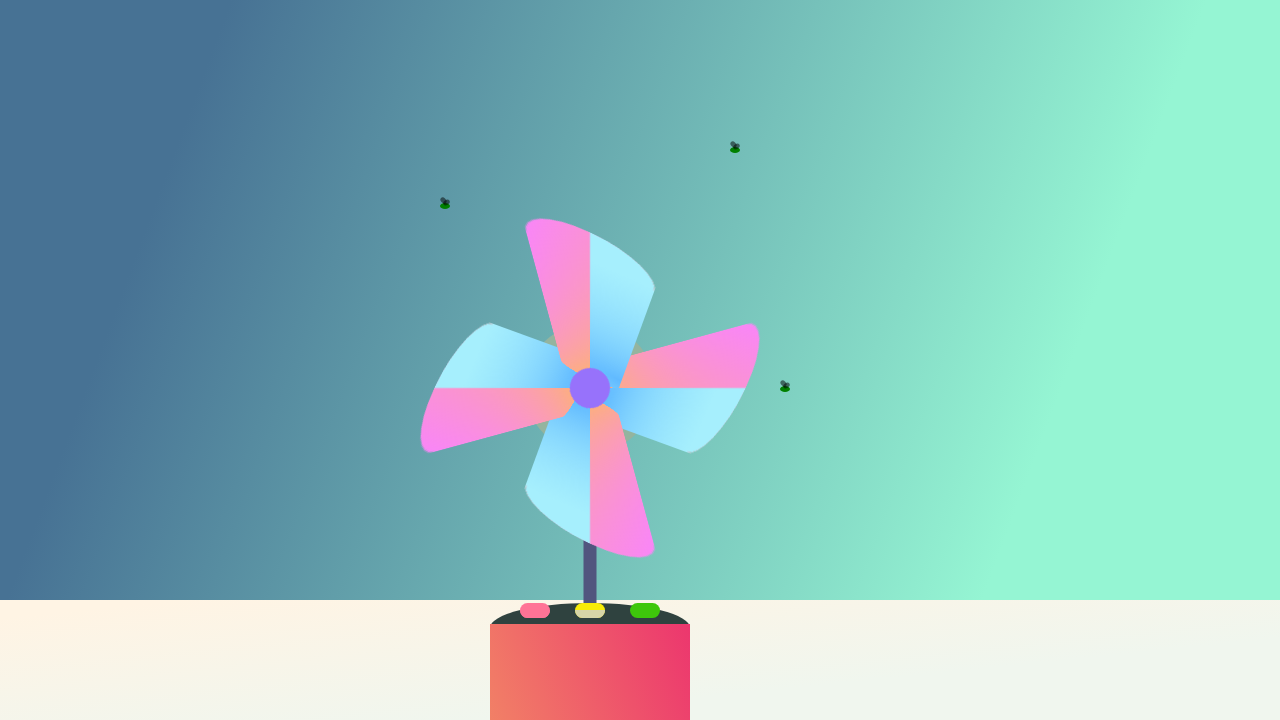
Repository: VuTuanAnh0949/CodeFan
Page: dsd.html
These files come from the project's save history. The page is drawn as it stood at one moment and after a run of saves; the edit follows.
The browser window is 1280 px wide. The pictures show the whole page.

Above is the page before, as saved 2022-06-22 12:49:51.

### dsd.html
<!DOCTYPE html>
<html lang="en">
<head>
    <meta charset="UTF-8">
    <meta http-equiv="X-UA-Compatible" content="IE=edge">
    <meta name="viewport" content="width=device-width, initial-scale=1.0">
    <title>Document</title>
    <link rel="stylesheet" href="style.css">
</head>
<body>
    <audio  autoplay>
        <source src="ChillTikTok.mp3" type="audio/mpeg">
      </audio>
    <div class="windows">
        <div class="window"></div>

    </div>
    <div class="fan">
        <div class="fan__root"> <span class="top"> <label class="green" for="engine"></label> <label class="yellow"
                    for="engine2"></label> <label class="pink" for="jack"></label> </span> <span class="bottom"></span>
        </div>
        <div class="fan__staddle"></div> <input type="checkbox" id="jack" hidden />
        <div class="head">
            <div class="fan__engine"> <span class="center"></span> </div> <input type="checkbox" id="engine" hidden
                checked />
            <div> <span class="fly"></span> <span class="fly"></span> <span class="fly"></span>
                <div class="fan__blades"> <input type="checkbox" id="engine2" hidden checked />
                    <div class="fan__blades">
                        <div class="center"></div>
                        <div class="blade"><span></span></div>
                        <div class="blade"><span></span></div>
                        <div class="blade"><span></span></div>
                        <div class="blade"><span></span></div>
                    </div>
                </div>
            </div>
        </div>
    </div>

</body>
</html>

### style.css
html {
    overflow: hidden;
}

body {
    overflow: hidden;
    margin: 0;
    padding: 0;
    background-image: linear-gradient( 110.5deg,  rgba(71,114,148,1) 14.9%, rgba(149,245,211,1) 77.9% );
    display: flex;
    justify-content: center;
    align-items: center;
    width: 100vw;
    height: 100vh;
    position: relative;
}
audio{
    z-index: 10;
   padding-right:100px;
    margin-right: 40px;
}
body::after {
    position: absolute;
    width: 100%;
    content: "";
    height: calc(100% - 600px);
    z-index: 0;
    background-image: linear-gradient( 174.2deg,  rgba(255,244,228,1) 7.1%, rgba(240,246,238,1) 67.4% );
    bottom: 0;
}
@keyframes spin {
    from {
        transform: rotate(0deg);
    }

    to {
        transform: rotate(360deg);
    }
}

@keyframes off {
    to {
        transform: rotate(380deg);
    }
}

@keyframes off2 {
    to {
        transform: rotate(880deg);
    }
}

@keyframes fly {
    to {
        margin-top: 50px;
    }
}

span {
    display: block;
}

.windows {
    width: 100vw;
    height: 100vh;
    position: absolute;
    z-index: 0;
    top: 0;
    left: 0;
    display: flex;
    align-content: flex-start;
}


.fly {
    transition: 0.5s all cubic-bezier(0.04, 0.06, 0, 1.18), 1s transform;
    width: 10px;
    height: 6px;
    background: green;
    border-radius: 50%;
    position: absolute;
    animation: fly 5s alternate infinite ease-in-out;
}

.fly:nth-of-type(1) {
    top: -78px;
    left: -200px;
}

.fly:nth-of-type(2) {
    transform: translateY(-10px);
    animation-delay: 4s;
    top: 5px;
    right: -250px;
}

.fly:nth-of-type(3) {
    transform: translateY(0px);
    top: 400px;
    animation-delay: 2s;
    right: -400px;
}

.fly::after,
.fly::before {
    content: "";
    position: absolute;
    width: 7px;
    height: 5px;
    background-color: rgba(0, 0, 0, 0.5);
    display: block;
    border-radius: 50%;
}

.fly::before {
    bottom: 4px;
    transform: rotate(325deg);
    left: 3px;
}

.fly::after {
    transform: rotate(45deg);
    bottom: 6px;
}

.fan {
    width: 500px;
    height: 500px;
    position: relative;
    z-index: 1;
    margin-top: 75px;
    perspective: 500px;
    margin-right: 100px;
}

.fan::after {
    content: "";
    display: block;
    position: absolute;
    height: 500px;
    width: 200px;
    background-image: linear-gradient( 68.3deg,  rgba(245,177,97,1) 0.4%, rgba(236,54,110,1) 100.2% );
    top: calc(100% - 24px);
    left: calc(50% - 100px);

}

.fan__root {
    width: 200px;
    position: absolute;
    bottom: 0;
    left: 50%;
    transform: translateX(-50%);
}

.fan__root .top {
    overflow: hidden;
    width: 200px;
    height: 25px;
    position: relative;
}

.fan__root .top::after {
    content: "";
    display: block;
    width: 200px;
    height: 50px;
    background: #2f423f;
    border-radius: 50%;
}

.fan__root .top .green {
    position: absolute;
    width: 30px;
    height: 15px;
    border-radius: 15px;
    display: block;
    right: 30px;
    background: #3EC70B;
    cursor: pointer;
    overflow: hidden;
}

.fan__root .top .yellow {
    position: absolute;
    width: 30px;
    height: 15px;
    border-radius: 15px;
    display: block;
    right: 85px;
    background: #F7EC09;
    cursor: pointer;
    overflow: hidden;
}

.fan__root .top .yellow::after {
    content: "";
    display: block;
    width: 100%;
    height: 50%;
    position: absolute;
    bottom: 0;
    background: #F7EC09;
}

.fan__root .top .yellow::after {
    content: "";
    display: block;
    width: 100%;
    height: 50%;
    position: #F7EC09;
    bottom: 0;
    background: #D6D5A8;
}

.fan__root .top .pink {
    position: absolute;
    cursor: pointer;
    width: 30px;
    height: 15px;
    border-radius: 15px;
    display: block;
    left: 30px;
    background: #FF7396;
    overflow: hidden;
}

.fan__root .top .pink::after {
    content: "";
    display: block;
    width: 100%;
    height: 50%;
    position: absolute;
    bottom: 0;
    background: #FF7396;
}

.fan__root .bottom {
    overflow: hidden;
    width: 500px;
    height: 20px;
}

.fan__root .bottom::after {
    content: "";
    display: block;
    width: 200px;
    height: 40px;
    background: #2f423f;
    border-radius: 18%;
    transform: translateY(-30px);
}

.fan__staddle {
    position: absolute;
    bottom: 45px;
    background: #51557E;
    height: 270px;
    width: 13px;
    left: 50%;
    transform: translateX(-50%);
}

.fan__engine {
    position: absolute;
    bottom: 0px;
    width: 130px;
    height: 130px;
    background: #94B49F;
    border-radius: 50%;
    left: 50%;
    transform: translateX(-50%);
}

.fan__engine::after {
    content: "";
    background: red;
    display: block;
    width: 25px;
    height: 50px;
    position: absolute;
    top: 105px;
    left: 50%;
    transform: translateX(-50%);
    border-radius: 0 0 5px 5px;
}

.fan__blades {
    width: 230px;
    height: 230px;
    position: absolute;
    bottom: -50px;
    transition: 2s;
    transform-origin: center center;
    left: calc(50% - 115px);
    z-index: 1;
    animation: spin infinite 0.38s linear forwards;
}

.fan__blades .fan__blades {
    bottom: 0;
    animation: spin infinite 0.5s linear forwards;
}

.fan__blades .blade {
    position: absolute;
    width: 80px;
    height: 100%;
    left: 50%;
    transform: translateX(-50%) skewY(25deg);
    perspective: 500px;
    transform-style: preserve-3d;
}

.fan__blades .blade:nth-child(2) {
    transform: translateX(-50%) rotate(90deg) skewY(25deg);
}

.fan__blades .blade:nth-child(3) {
    transform: translateX(-50%) rotate(180deg) skewY(25deg);
}

.fan__blades .blade:nth-child(4) {
    transform: translateX(-50%) rotate(270deg) skewY(25deg);
}

.fan__blades .blade span {
    width: 100%;
    height: 200%;
    border-radius: 44px;
    background-image: linear-gradient( 102.4deg,  rgba(253,189,85,1) 7.8%, rgba(249,131,255,1) 100.3% );;
    position: absolute;
    top: -66px;
    display: block;
    transform-style: preserve-3d;
    transform: rotateX(81deg);
    overflow: hidden;
}

.fan__blades .blade span::after {
    width: 50%;
    height: 100%;
    content: "";
    display: block;
    background-image: radial-gradient( circle farthest-corner at 10% 20%,  rgba(97,186,255,1) 0%, rgba(166,239,253,1) 90.1% );
    transform: rotate(0deg);
}

.fan__blades .center {
    position: absolute;
    overflow: hidden;
    width: 40px;
    height: 40px;
    border-radius: 50%;
    left: 50%;
    top: 50%;
    transform: translate(-50%, -50%) rotate(45deg);
    background: #9772FB;
    z-index: 2;
}

.fan__blades .center::after {
    display: block;
    content: "";
    width: 40px;
    height: 20px;
    background: #9772FB;
}

.head {
    transition: 1s transform;
    height: auto;
    width: auto;
    position: absolute;
    width: 300px;
    height: 300px;
    bottom: 195px;
    left: calc(50% - 150px);
    /* transform: translateX(-50%); */
}

#engine:checked+div>div {
    animation: off2 1s ease-out forwards;
}

#engine:checked+div>span:nth-child(1) {
    transition: 5s all ease-in-out, 1s transform;
    left: 0px;
    top: 0px;
}

#engine:checked+div>span:nth-child(2) {
    transition: 5s all ease-in-out, 1s transform;
    right: 0px;
    top: 0px;
}

#engine:checked+div>span:nth-child(3) {
    transition: 7s all ease-in-out, 1s transform;
    right: -50px;
    top: 200px;
}

#engine2:checked+div {
    animation: off 1s ease-out forwards;
}

#jack:checked+div {
    transform: translateY(-115px);
}

#jack:checked+div>div:nth-child(3)>span {
    transform: translateY(115px);
}

After the next 2 saves:
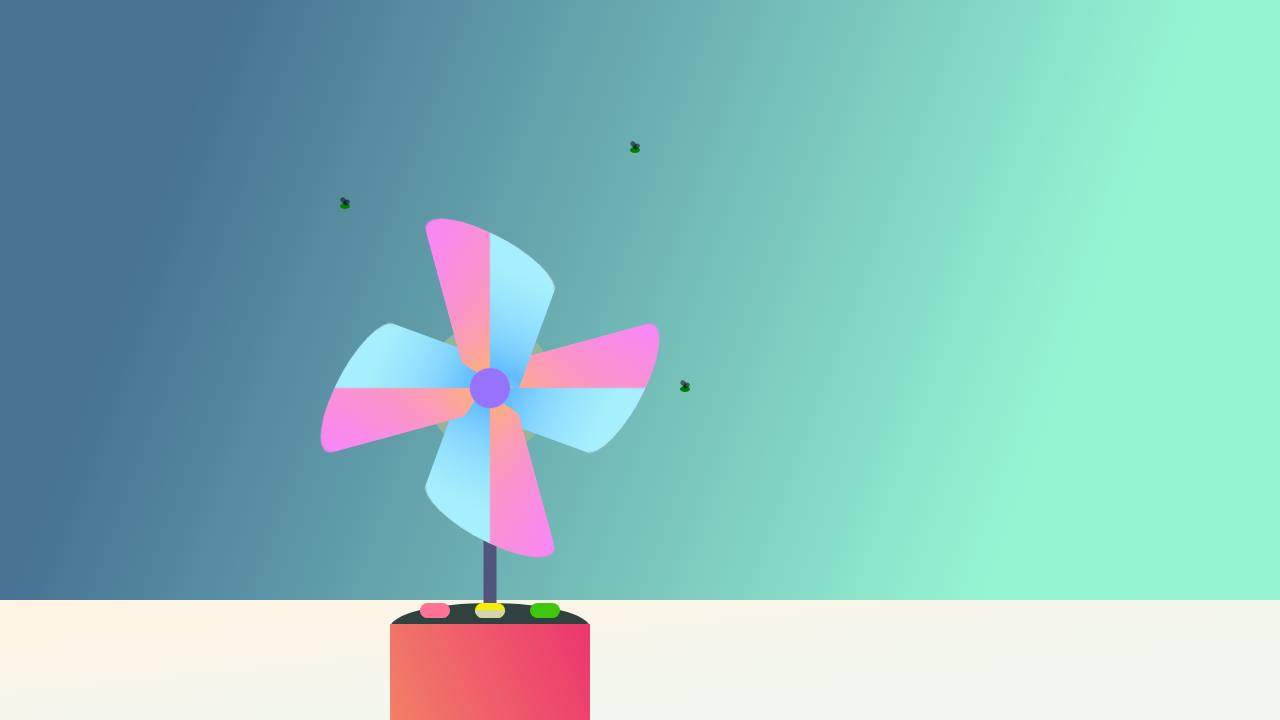
The 2 saves are shown as one change because they came seconds apart.
The last was saved 7 s later.
--- a/style.css
+++ b/style.css
@@ -130,7 +130,7 @@ span {
     z-index: 1;
     margin-top: 75px;
     perspective: 500px;
-    margin-right: 100px;
+    margin-right: 300px;
 }
 
 .fan::after {
